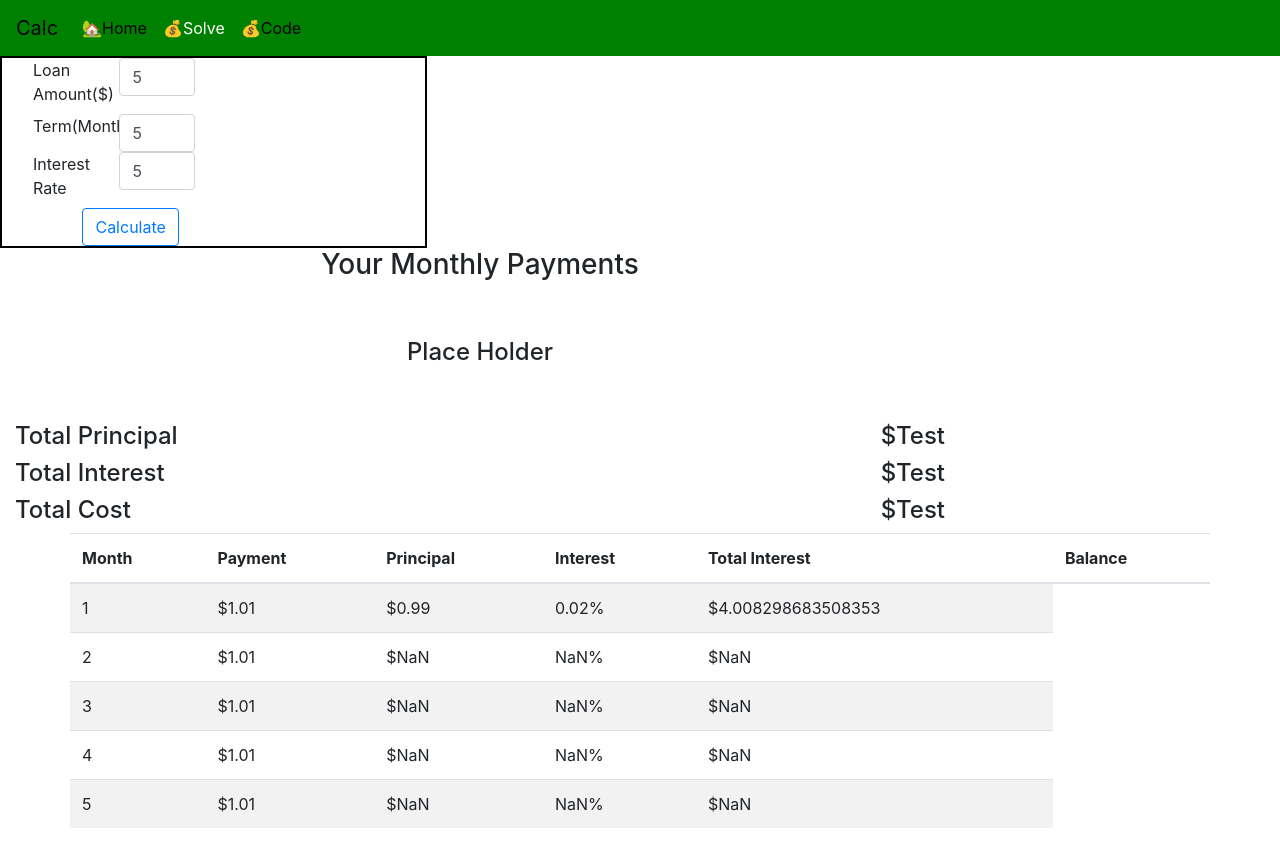
Repository: zhadjah9559/MortgageManager
Page: solve.html
The author's editor kept a copy of each file at every save. The page is drawn from the files as they stood at one save, then again after a run of saves.
The browser window is 1280 px wide. The pictures show the whole page.
Empty fields were first filled with sample values (such as "Sample", 5 or name@example.com).
After loading, the first visible `button.btn` was clicked once.

Above is the page before, as saved 2021-01-16 14:34:41.

After the next 2 saves:
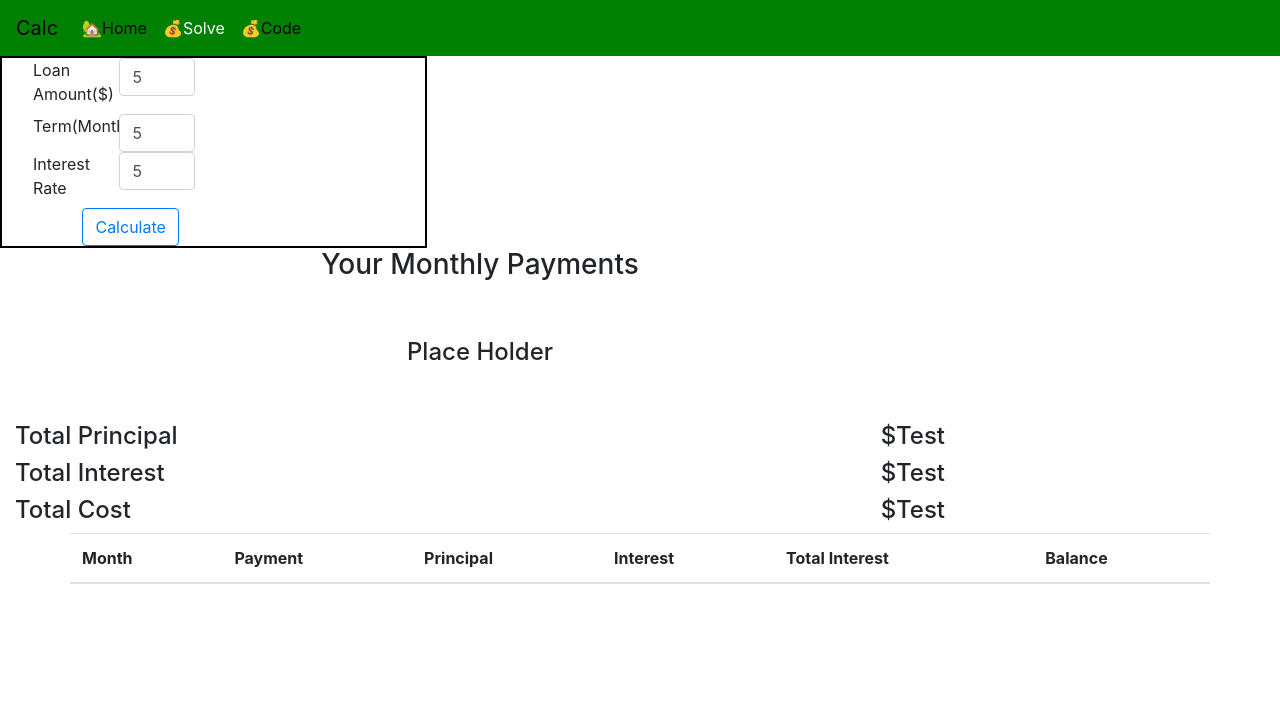
Console error (its wording comes from the project's code and is left out).
The 2 saves are shown as one change because they came seconds apart.
The last was saved 32 s later.
--- a/js/custom.js
+++ b/js/custom.js
@@ -48,7 +48,7 @@
                        <td>$${  (Math.round(totalMonthlyPayment * 100) / 100).toFixed(2) }</td>
                        <td>$${  (Math.round(principalPayments[i] * 100) / 100).toFixed(2)   }</td>
                        <td>${  (Math.round(interestPayment[i] * 100) / 100).toFixed(2) }%</td>
-                       <td>$${ remainingBalance[i+1] }</td> </tr>`
+                       <td>$${  (Math.round(interestPayment[i] * 100) / 100).toFixed(2)  remainingBalance[i+1] }</td> </tr>`
     }
     document.getElementById("tBody").innerHTML = tBody
 

After the save that followed:
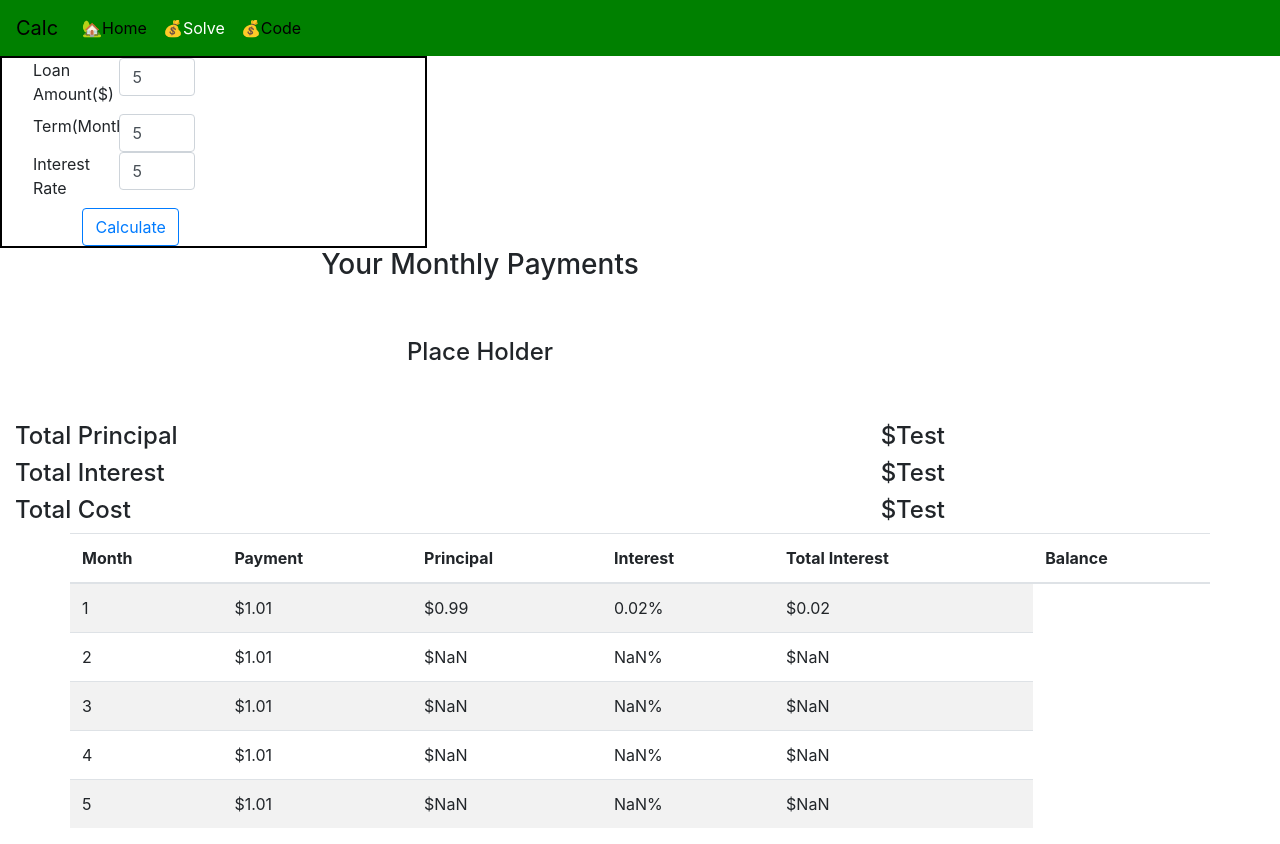
The error is gone.
Saved 6 s later.
--- a/js/custom.js
+++ b/js/custom.js
@@ -48,7 +48,7 @@
                        <td>$${  (Math.round(totalMonthlyPayment * 100) / 100).toFixed(2) }</td>
                        <td>$${  (Math.round(principalPayments[i] * 100) / 100).toFixed(2)   }</td>
                        <td>${  (Math.round(interestPayment[i] * 100) / 100).toFixed(2) }%</td>
-                       <td>$${  (Math.round(interestPayment[i] * 100) / 100).toFixed(2)  remainingBalance[i+1] }</td> </tr>`
+                       <td>$${  (Math.round(interestPayment[i] * 100) / 100).toFixed(2)   }</td> </tr>`
     }
     document.getElementById("tBody").innerHTML = tBody
 
